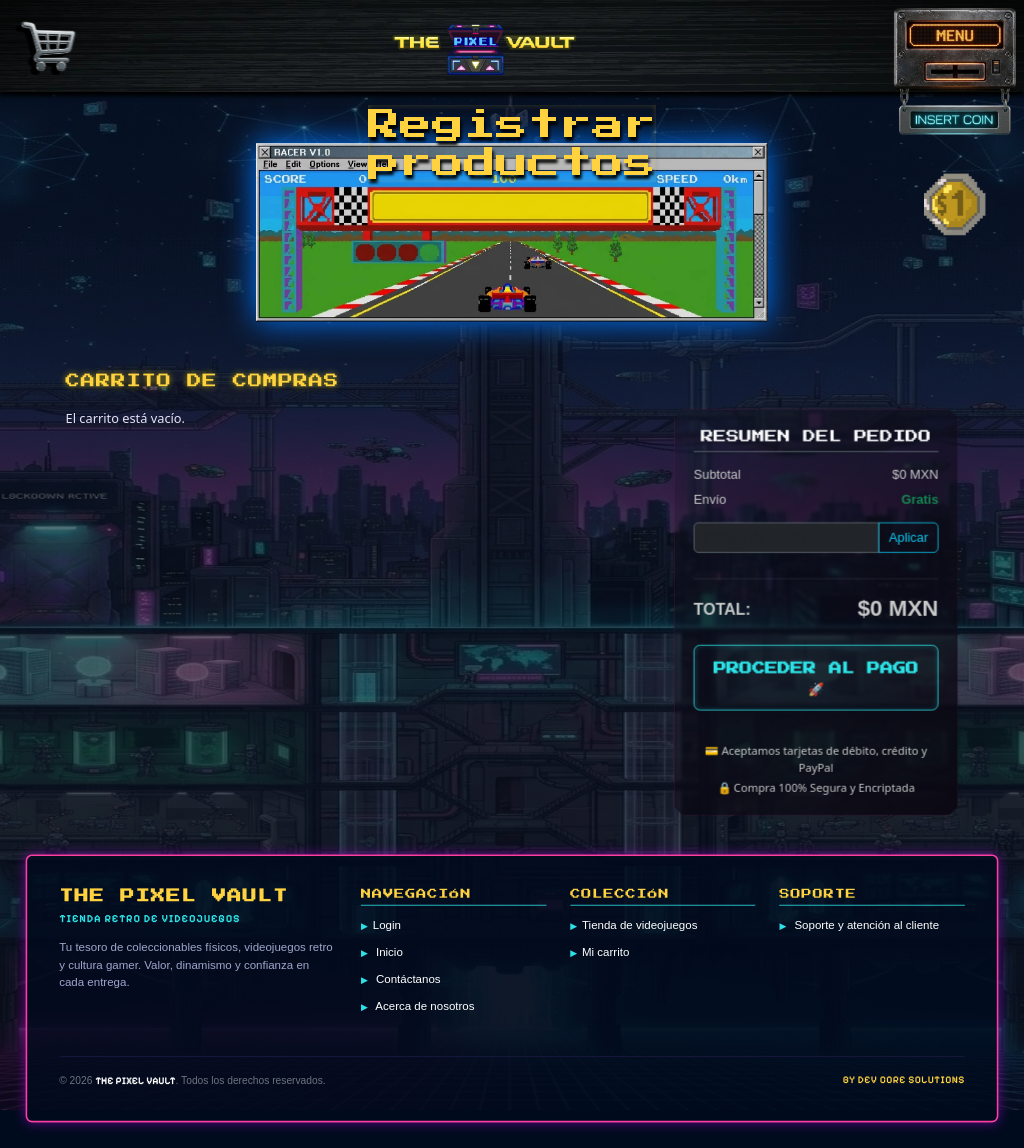
Repository: DianaSGarciaR/The-Pixel-Vault
Page: miCarrito.html
The author's editor kept a copy of each file at every save. The page is drawn from the files as they stood at one save, then again after a run of saves.
The browser window is 1280 px wide. The pictures show the whole page, at 80% of full size.
Some web fonts or font styles are not loaded; a fallback is used.

Above is the page before, as saved 2026-10-21 17:04:55.
Console error: SyntaxError: Cannot use import statement outside a module

### miCarrito.html
<!doctype html>
<html lang="es">

<head>
  <meta charset="UTF-8" />
  <meta name="viewport" content="width=device-width, initial-scale=1.0" />
  <title>Mi Carrito | The Pixel Vault</title>

  <!-- BOOTSTRAP 5 -->
  <link href="https://cdn.jsdelivr.net/npm/bootstrap@5.3.8/dist/css/bootstrap.min.css" rel="stylesheet"
    integrity="sha384-sRIl4kxILFvY47J16cr9ZwB07vP4J8+LH7qKQnuqkuIAvNWLzeN8tE5YBujZqJLB" crossorigin="anonymous" />

  <!-- ESTILOS  -->
  <link rel="stylesheet" href="styles/styles.css" />
  <link rel="stylesheet" href="styles/tienda.css" />

  <!-- FUENTES GOOGLE -->
  <style>
    @import url("https://fonts.googleapis.com/css2?family=Inter:ital,opsz,wght@0,14..32,100..900;1,14..32,100..900&family=Pixelify+Sans:wght@400..700&family=Quantico:ital,wght@0,400;0,700;1,400;1,700&display=swap");
  </style>
</head>

<body>
  <div id="avisoPago" class="pv-aviso" role="status" aria-live="polite"></div> <!--mensaje -->
  <!-- Navbar -->
  <main class="navThePixelVault"></main>
    <!-- Banner principal de la página. -->
    <section class="banner-container">
    <!-- Imagen de fondo -->
    <img class="banner-frame" src="./assets/bannercarrito.webp" alt="Marco del Banner">

    <!-- Contenedor de la pantalla central con los botones -->
    <div class="banner-screen">
        <!-- El enlace envuelve al h3 para que sea clickeable -->
        <a href="acercaNosotros.html" style="text-decoration: none;">
            <h3 class="yellow-accent btn-yellow head">Registrar <br> productos</h3>
        </a>
    </div>
</section>
  <!-- SECCIÓN PRINCIPAL DEL CARRITO -->
  <section class="container my-5">
    <h2 class="section-title mb-4">CARRITO DE COMPRAS</h2>

    <div class="row g-4">


      <div class="col-lg-8">
        <div id="contenedor-carrito" class="row g-3">
        </div>
      </div>

      <!-- COLUMNA DERECHA: Resumen de Compra y Checkout (Sticky) -->
      <div class="col-lg-4 ">
        <div class="card bkcCheckout text-light border-accent p-4 position-sticky" style="top: 2rem;">
          <h4 class="text-uppercase mb-3 pb-2 border-bottom border-secondary fontstylecheckout">Resumen del Pedido</h4>

          <div class="d-flex justify-content-between mb-2 fs-6 text-secondary mb-1">
            <span>Subtotal</span>
            <span id="subtotal-carrito">$0 MXN</span>
          </div>

          <div class="d-flex justify-content-between mb-3 fs-6 text-secondary mb-1">
            <span>Envío</span>
            <span class="text-success fw-bold">Gratis</span>
          </div>

          <!-- Cupón de descuento -->
          <div class="input-group mb-3 mb-1">
            <input type="text" class="form-control bg-dark text-light border-secondary" placeholder="Código de cupón">
            <button class="btn btn-outline-info" type="button">Aplicar</button>
          </div>

          <hr class="border-secondary my-3" />

          <!-- Total -->
          <div class="d-flex justify-content-between align-items-center mb-4 mb-1">
            <span class="fs-5 fw-bold">TOTAL:</span>
            <span id="total-carrito" class="fs-3 text-cyan fw-bold">$0 MXN</span>
          </div>

          <!-- Botón de acción principal (CTA) -->
          <button class="btn btn-cyan btn-lg w-100 fw-bold text-uppercase py-3 mb-3 fontstylecheckout" type="button"
            data-bs-toggle="modal" data-bs-target="#modalPago">
            Proceder al Pago 🚀
          </button>

          <!-- Sellos de confianza / Métodos de pago -->
          <div class="mt-4 text-center text-muted small">
            <p class="mb-1">💳 Aceptamos tarjetas de débito, crédito y PayPal</p>
            <p class="mb-0">🔒 Compra 100% Segura y Encriptada</p>
          </div>
        </div>
      </div>

    </div>
  </section>


  <!-- MODAL PROCEDER AL PAGO -->
  <div class="modal fade" id="modalPago" tabindex="-1" aria-labelledby="modalPagoTitulo" aria-hidden="true">
    <div class="modal-dialog modal-dialog-centered pv-dialog">
      <div class="modal-content pv-modal">
        <div class="pv-modal__borde">
          <form class="pv-modal__interior" id="formPago" novalidate>

            <header class="pv-header">
              <h5 class="pv-titulo" id="modalPagoTitulo">
                <svg viewBox="0 0 24 24" width="34" height="34" fill="none" stroke="currentColor" stroke-width="2"
                  stroke-linecap="round" stroke-linejoin="round" aria-hidden="true">
                  <circle cx="9" cy="20" r="1.5" />
                  <circle cx="18" cy="20" r="1.5" />
                  <path d="M2 3h3l2.6 12.4a2 2 0 0 0 2 1.6h7.8a2 2 0 0 0 2-1.5L21 8H6" />
                </svg>
                Proceder al pago
              </h5>
              <button type="button" class="pv-cerrar" data-bs-dismiss="modal" aria-label="Cerrar">
                <svg viewBox="0 0 24 24" width="28" height="28" fill="none" stroke="currentColor" stroke-width="3"
                  stroke-linecap="round" aria-hidden="true">
                  <path d="M5 5l14 14M19 5L5 19" />
                </svg>
              </button>
            </header>

            <h6 class="pv-seccion">1. Productos</h6>
            <div class="pv-tira">
              <button type="button" class="pv-flecha" id="pagoPrev" aria-label="Anterior">&#10094;</button>
              <div class="pv-tira__lista" id="pagoProductos"></div>
              <button type="button" class="pv-flecha" id="pagoNext" aria-label="Siguiente">&#10095;</button>
            </div>

            <h6 class="pv-seccion">2. Datos de pago</h6>
            <label class="pv-label" for="numTarjeta">Número de tarjeta</label>
            <input class="form-control pv-input mb-3" id="numTarjeta" inputmode="numeric" autocomplete="cc-number"
              placeholder="1234 5678 9012 3456" pattern="\d{4} \d{4} \d{4} \d{4}" required />

            <div class="row g-3 mb-3">
              <div class="col-6">
                <label class="pv-label" for="expiracion">Fecha de expiración</label>
                <input class="form-control pv-input" id="expiracion" inputmode="numeric" autocomplete="cc-exp"
                  placeholder="MM / AA" pattern="(0[1-9]|1[0-2]) / \d{2}" required />
              </div>
              <div class="col-6">
                <label class="pv-label" for="cvv">CVV</label>
                <input class="form-control pv-input" id="cvv" inputmode="numeric" autocomplete="cc-csc"
                  placeholder="123" pattern="\d{3,4}" required />
              </div>
            </div>

            <label class="pv-label" for="titular">Nombre del titular</label>
            <input class="form-control pv-input mb-3" id="titular" autocomplete="cc-name"
              placeholder="Como aparece en la tarjeta" required />

            <fieldset class="pv-caja">
              <legend class="pv-seccion pv-seccion--caja">
                <svg viewBox="0 0 24 24" width="22" height="22" fill="currentColor" aria-hidden="true">
                  <path
                    d="M12 2a7 7 0 0 0-7 7c0 5 7 13 7 13s7-8 7-13a7 7 0 0 0-7-7zm0 9.5a2.5 2.5 0 1 1 0-5 2.5 2.5 0 0 1 0 5z" />
                </svg>
                3. Dirección de envío
              </legend>
              <!--Dirección-->
              <div class="row g-3">

                <div class="col-8">
                  <label for="calle" class="pv-label">Calle</label>
                  <input name="calle" type="text" class="form-control pv-input" id="calle" placeholder="Calle" required>
                </div>
                <div class="col-4">
                  <label for="numero" class="pv-label">Número</label>
                  <input name="numero" type="text" class="form-control pv-input" id="numero" placeholder="11" required>
                </div>

                <div class="col-6">
                  <label for="colonia" class="pv-label">Colonia/Alcaldía</label>
                  <input name="colonia" type="text" class="form-control pv-input" id="colonia" placeholder="Colonia"
                    required>
                </div>
                <div class="col-6">
                  <label for="municipio" class="pv-label">Municipio</label>
                  <input name="municipio" type="text" class="form-control pv-input" id="municipio"
                    placeholder="Municipio" required>
                </div>

                <div class="col-5">
                  <label for="estado" class="pv-label">Estado/Ciudad</label>
                  <input name="estado" type="text" class="form-control pv-input" id="estado" placeholder="Estado/Ciudad"
                    required>
                </div>
                <div class="col-4">
                  <label for="pais" class="pv-label">País</label>
                  <input name="pais" type="text" class="form-control pv-input" id="pais" placeholder="País" required>
                </div>
                <div class="col-3">
                  <label for="cp" class="pv-label">C.P.</label>
                  <input name="cp" type="text" inputmode="numeric" pattern="\d{5}" class="form-control pv-input" id="cp"
                    placeholder="00000" required>
                </div>

              </div>
              <!--Fin dirección-->
            </fieldset>



            <p class="pv-segura">
              <svg viewBox="0 0 24 24" width="16" height="16" fill="currentColor" aria-hidden="true">
                <path d="M12 2a10 10 0 1 0 0 20 10 10 0 0 0 0-20zm1 15h-2v-6h2v6zm0-8h-2V7h2v2z" />
              </svg>
              Tu información está protegida y encriptada.
              <span class="pv-segura__candado" aria-hidden="true">🔒</span>
            </p>

            <button type="submit" class="pv-confirmar">
              <svg viewBox="0 0 24 24" width="26" height="26" fill="none" stroke="currentColor" stroke-width="2"
                aria-hidden="true">
                <rect x="2" y="5" width="20" height="14" rx="2" />
                <path d="M2 10h20M6 15h4" />
              </svg>
              Confirmar pago
            </button>
          </form>
        </div>
      </div>
    </div>
  </div>

  <!-- Footer -->
  <footer class="footer-container"></footer>


  <script src="./javascript/globalElements.js"></script>
  <script src="./javascript/contactanos.js"></script>
  <script src="./javascript/productosJSON.js"></script>
  <script type="module" src="./javascript/tienda.js"></script>
  <script type="module" src="/javascript/carrito.js"></script>


  <script src="https://cdn.jsdelivr.net/npm/bootstrap@5.3.8/dist/js/bootstrap.bundle.min.js"
    integrity="sha384-FKyoEForCGlyvwx9Hj09JcYn3nv7wiPVlz7YYwJrWVcXK/BmnVDxM+D2scQbITxI"
    crossorigin="anonymous"></script>
</body>

</html>

Loaded but not shown: javascript/globalElements.js (361 lines, source omitted); javascript/tienda.js (194 lines, source omitted); javascript/carrito.js (158 lines, source omitted); javascript/contactanos.js (125 lines, source omitted); services/dataCatalogo.js (142 lines, source omitted); javascript/productosJSON.js (132 lines, source omitted); styles/tienda.css (1310 lines, source omitted); styles/styles.css (1016 lines, source omitted)

After the next 2 saves:
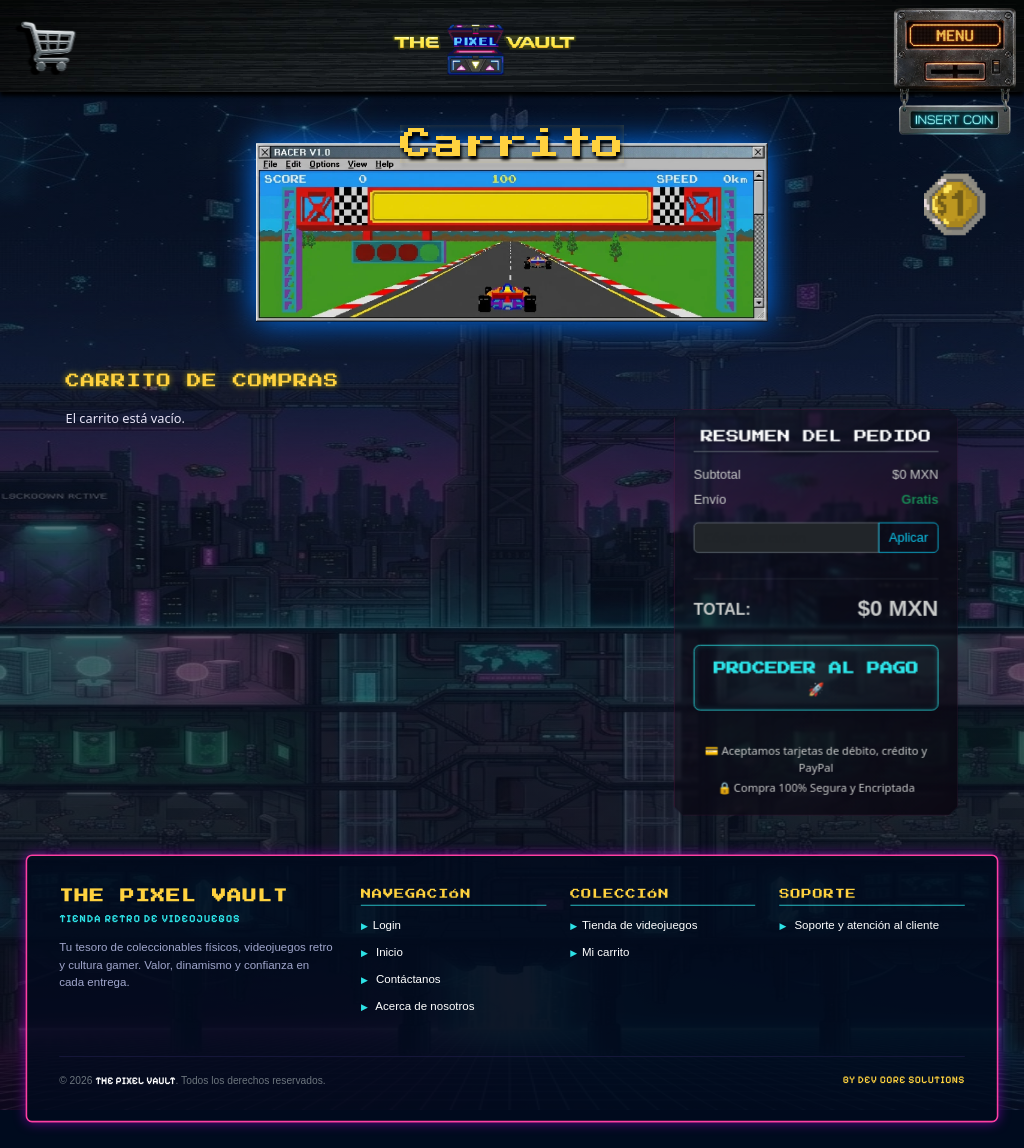
The 2 saves are shown as one change because they came seconds apart.
The last was saved 11 s later.
--- a/miCarrito.html
+++ b/miCarrito.html
@@ -33,7 +33,7 @@
     <div class="banner-screen">
         <!-- El enlace envuelve al h3 para que sea clickeable -->
         <a href="acercaNosotros.html" style="text-decoration: none;">
-            <h3 class="yellow-accent btn-yellow head">Registrar <br> productos</h3>
+            <h3 class="yellow-accent btn-yellow head">Carrito</h3>
         </a>
     </div>
 </section>
